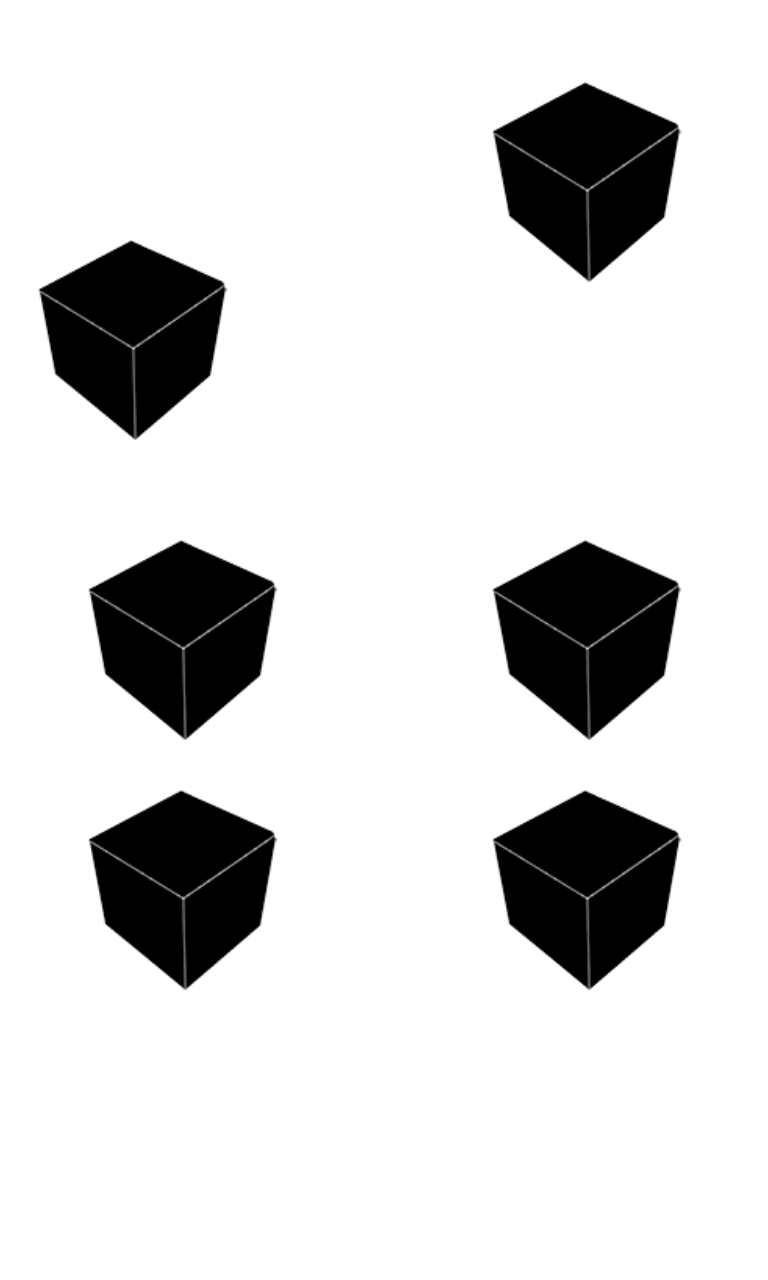
Repository: DSKarramba/university
Layout: models_and_methods_ICS/lab_01/code/calc/res/layout/activity_main.xml
These files come from the project's save history. The layout is drawn as it stood at one moment and after a run of saves; the edit follows.
It is drawn on a 768 x 1280 px phone screen (xhdpi) without system bars, with theme AppTheme; the app's code is not run.

Above is the layout before, as saved 2014-12-11 03:40:19.

### models_and_methods_ICS/lab_01/code/calc/res/layout/activity_main.xml
<RelativeLayout xmlns:android="http://schemas.android.com/apk/res/android"
    xmlns:tools="http://schemas.android.com/tools"
    android:layout_width="match_parent"
    android:layout_height="match_parent"
    android:layout_gravity="top"
    android:paddingBottom="@dimen/activity_vertical_margin"
    android:paddingLeft="@dimen/activity_horizontal_margin"
    android:paddingRight="@dimen/activity_horizontal_margin"
    android:paddingTop="@dimen/activity_vertical_margin"
    tools:context="com.example.calc.MainActivity" >

    <ImageButton
        android:id="@+id/img1"
        android:layout_width="100dp"
        android:layout_height="100dp"
        android:layout_above="@+id/img3"
        android:layout_marginBottom="50dp"
        android:background="@android:color/transparent"
        android:contentDescription="@string/str_box"
        android:scaleType="fitCenter"
        android:src="@drawable/box" />

    <ImageButton
        android:id="@+id/img2"
        android:layout_width="100dp"
        android:layout_height="100dp"
        android:layout_alignParentRight="true"
        android:layout_alignParentTop="true"
        android:layout_marginRight="25dp"
        android:layout_marginTop="25dp"
        android:background="@android:color/transparent"
        android:contentDescription="@string/str_box"
        android:scaleType="fitCenter"
        android:src="@drawable/box" />

    <ImageButton
        android:id="@+id/img3"
        android:layout_width="100dp"
        android:layout_height="100dp"
        android:layout_alignLeft="@+id/img5"
        android:layout_centerVertical="true"
        android:background="@android:color/transparent"
        android:contentDescription="@string/str_box"
        android:scaleType="fitCenter"
        android:src="@drawable/box" />

    <ImageButton
        android:id="@+id/img4"
        android:layout_width="100dp"
        android:layout_height="100dp"
        android:layout_alignLeft="@+id/img6"
        android:layout_centerVertical="true"
        android:background="@android:color/transparent"
        android:contentDescription="@string/str_box"
        android:scaleType="fitCenter"
        android:src="@drawable/box" />

    <ImageButton
        android:id="@+id/img5"
        android:layout_width="100dp"
        android:layout_height="100dp"
        android:layout_alignParentLeft="true"
        android:layout_below="@+id/img3"
        android:layout_marginLeft="25dp"
        android:layout_marginTop="25dp"
        android:background="@android:color/transparent"
        android:contentDescription="@string/str_box"
        android:scaleType="fitCenter"
        android:src="@drawable/box" />

    <ImageButton
        android:id="@+id/img6"
        android:layout_width="100dp"
        android:layout_height="100dp"
        android:layout_alignParentRight="true"
        android:layout_below="@+id/img4"
        android:layout_marginRight="25dp"
        android:layout_marginTop="25dp"
        android:background="@android:color/transparent"
        android:contentDescription="@string/str_box"
        android:scaleType="fitCenter"
        android:src="@drawable/box" />

</RelativeLayout>

### models_and_methods_ICS/lab_01/code/calc/res/values/strings.xml
<?xml version="1.0" encoding="utf-8"?>
<resources>

    <string name="app_name">cats</string>
    <string name="action_settings">Settings</string>
    <string name="str_box">box</string>

</resources>

Loaded but not shown: models_and_methods_ICS/lab_01/code/calc/res/values/styles.xml (common file); models_and_methods_ICS/lab_01/code/calc/res/values-v11/styles.xml (common file); models_and_methods_ICS/lab_01/code/calc/res/values-v14/styles.xml (common file); models_and_methods_ICS/lab_01/code/calc/res/values/dimens.xml (common file); models_and_methods_ICS/lab_01/code/calc/res/values-w820dp/dimens.xml (common file)

After the next 2 saves:
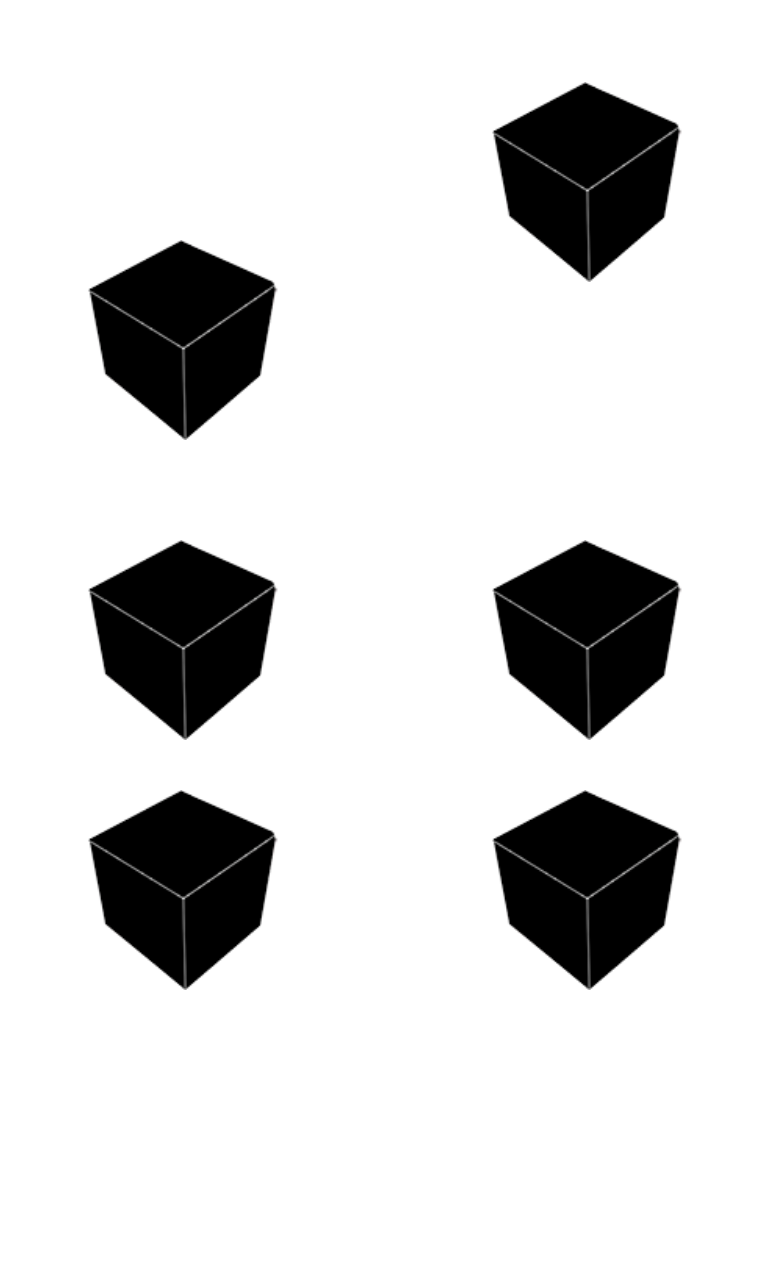
The 2 saves are shown as one change because they came seconds apart.
The last was saved 17 s later.
--- a/models_and_methods_ICS/lab_01/code/calc/res/layout/activity_main.xml
+++ b/models_and_methods_ICS/lab_01/code/calc/res/layout/activity_main.xml
@@ -14,6 +14,7 @@
         android:layout_width="100dp"
         android:layout_height="100dp"
         android:layout_above="@+id/img3"
+        android:layout_alignLeft="@+id/img3"
         android:layout_marginBottom="50dp"
         android:background="@android:color/transparent"
         android:contentDescription="@string/str_box"
